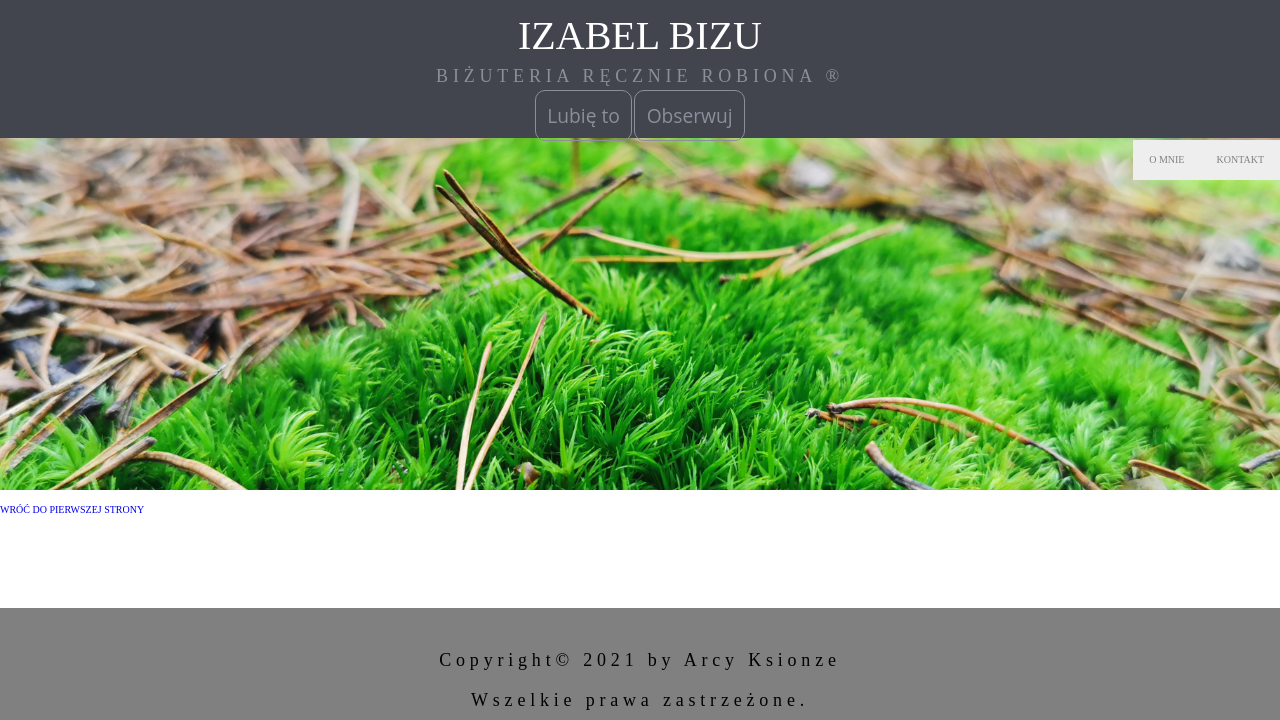
Repository: arcyksionze/strona_izy
Page: index2.html
These files come from the project's save history. The page is drawn as it stood at one moment and after a run of saves; the edit follows.
The browser window is 1280 px wide. The pictures show the whole page.
Some web fonts or font styles are not loaded; a fallback is used.

Above is the page before, as saved 2021-04-11 23:15:54.

After the next 2 saves:
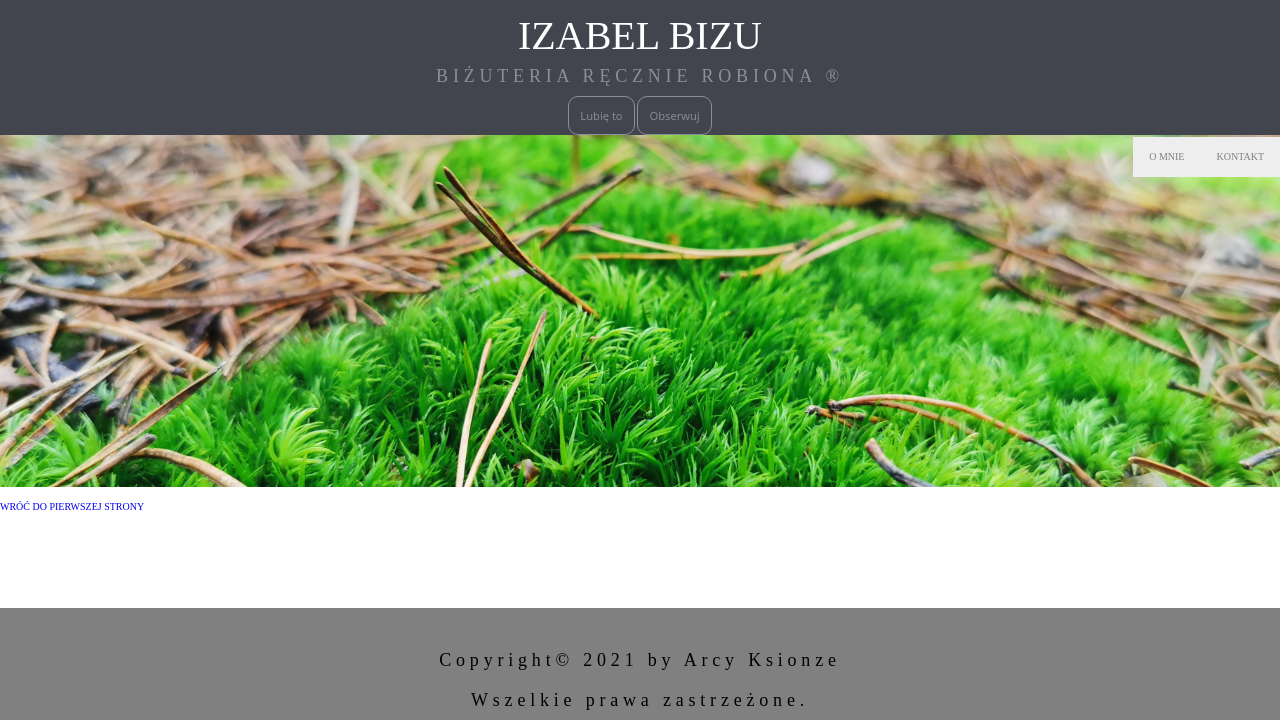
The 2 saves are shown as one change because they came seconds apart.
The last was saved 8 s later.
--- a/main2.css
+++ b/main2.css
@@ -69,7 +69,7 @@
 
 .przycisk1,.przycisk2 {
 	font-family: "Open Sans", sans-serif;
-	font-size: 1.2rem;
+	font-size: 0.7rem;
 	border: 1px solid #8c8e9b;
 	/* obwódka, krawędź */
 	color: #8c8e9b;
